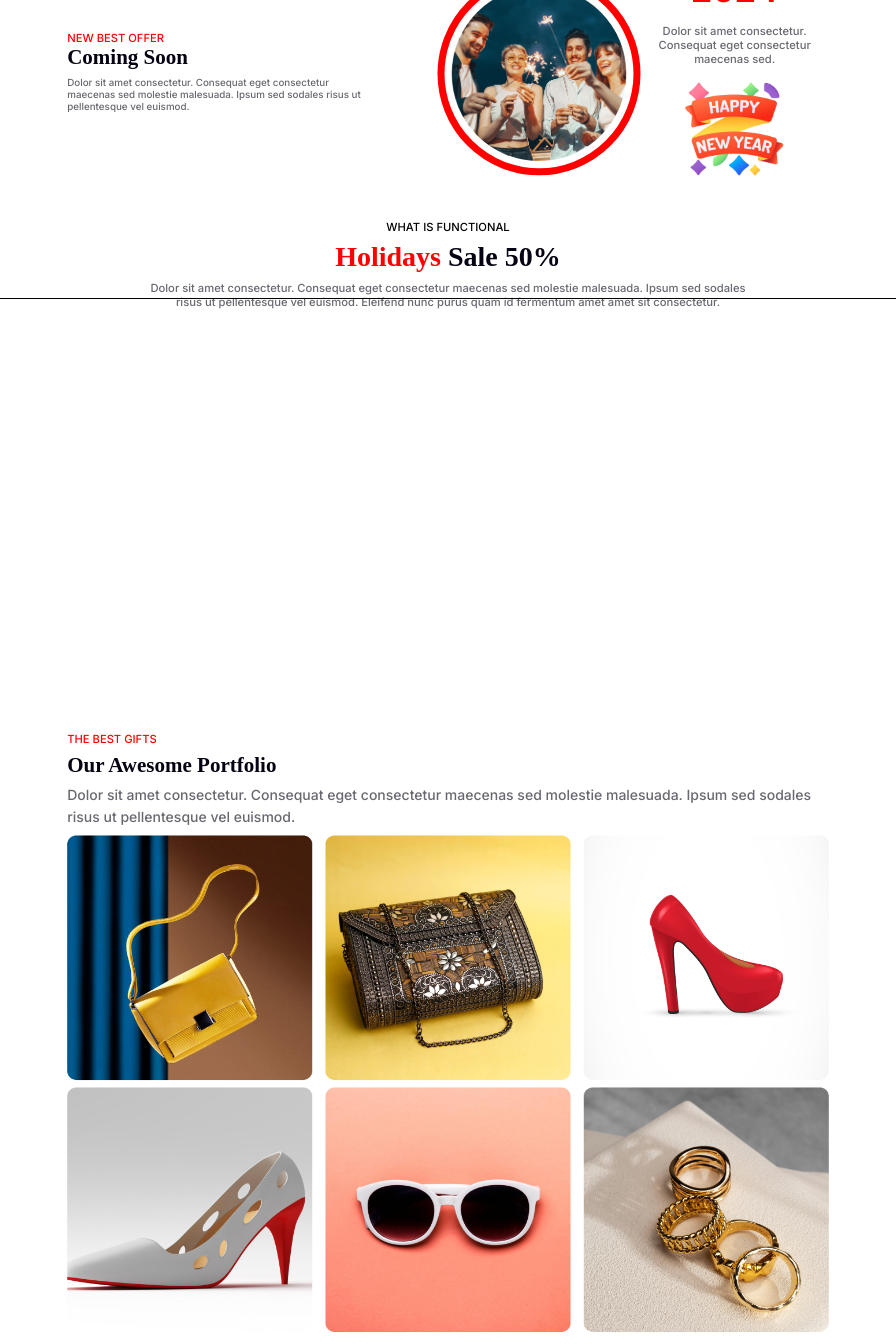
Repository: sumonkumarsarkar/new-year-2024
Page: index.html
An editor plug-in stored every save of this project. The page is shown before and after the next save, followed by the edit.
The browser window is 1280 px wide. The pictures show the part of the page from y = 2478 to 4398 px (the page is 5550 px tall), at 70% of full size.

Above is the page before, as saved 2024-01-08 16:47:12.

After the next save:
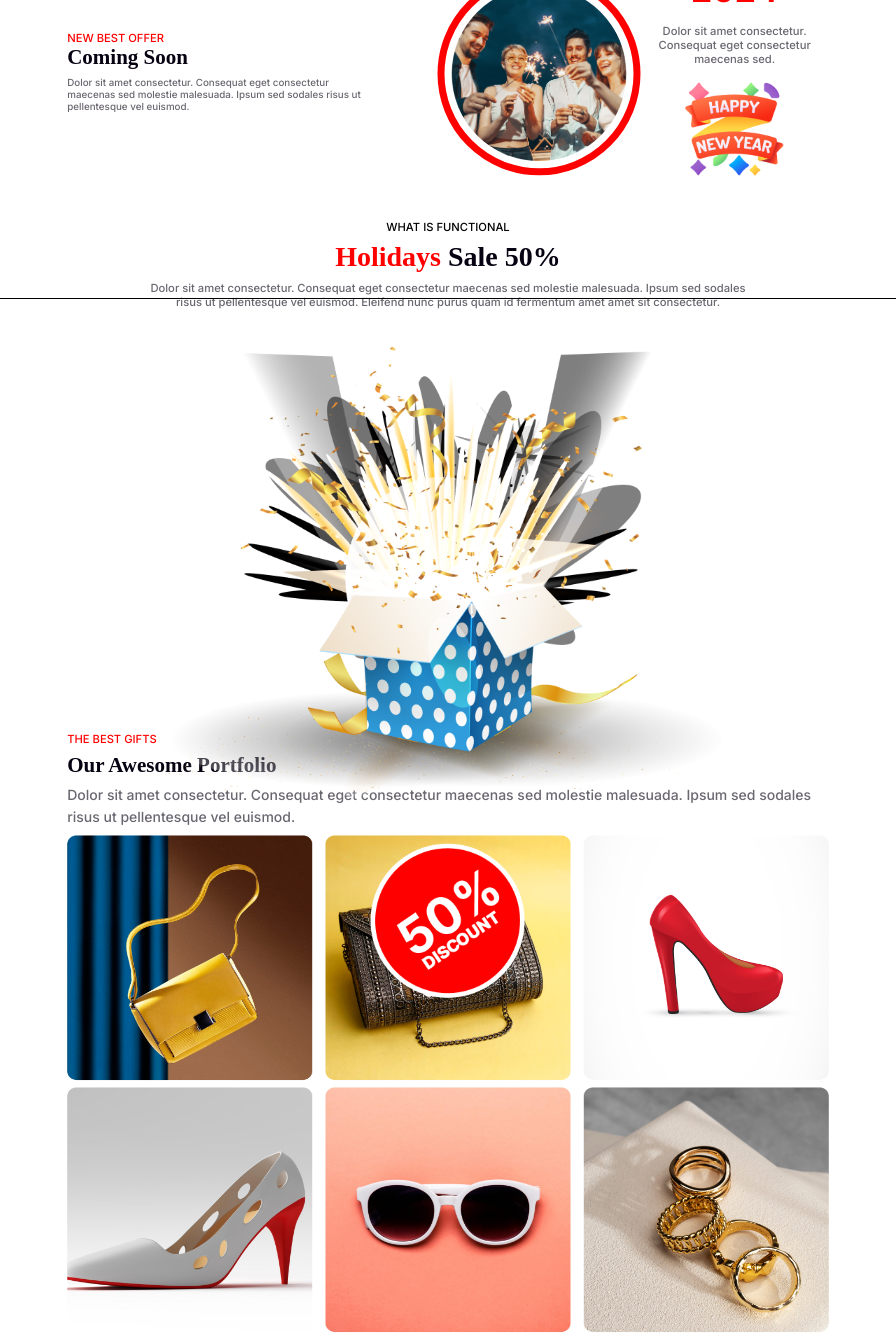
Saved 44 s later.
--- a/index.html
+++ b/index.html
@@ -109,10 +109,14 @@
 
         <div class="holiday-img">
             <div class="div1">
+                <img src="./image/Group 75.png" alt="">
+            </div>
+            <div class="div2">
+                <img src="./image/Group 44.png" alt="">
+            </div>
+            <div class="div3">
                 <img src="" alt="">
             </div>
-            <div class="div2"></div>
-            <div class="div3"></div>
             <div class="div4"></div>
         </div>
 
